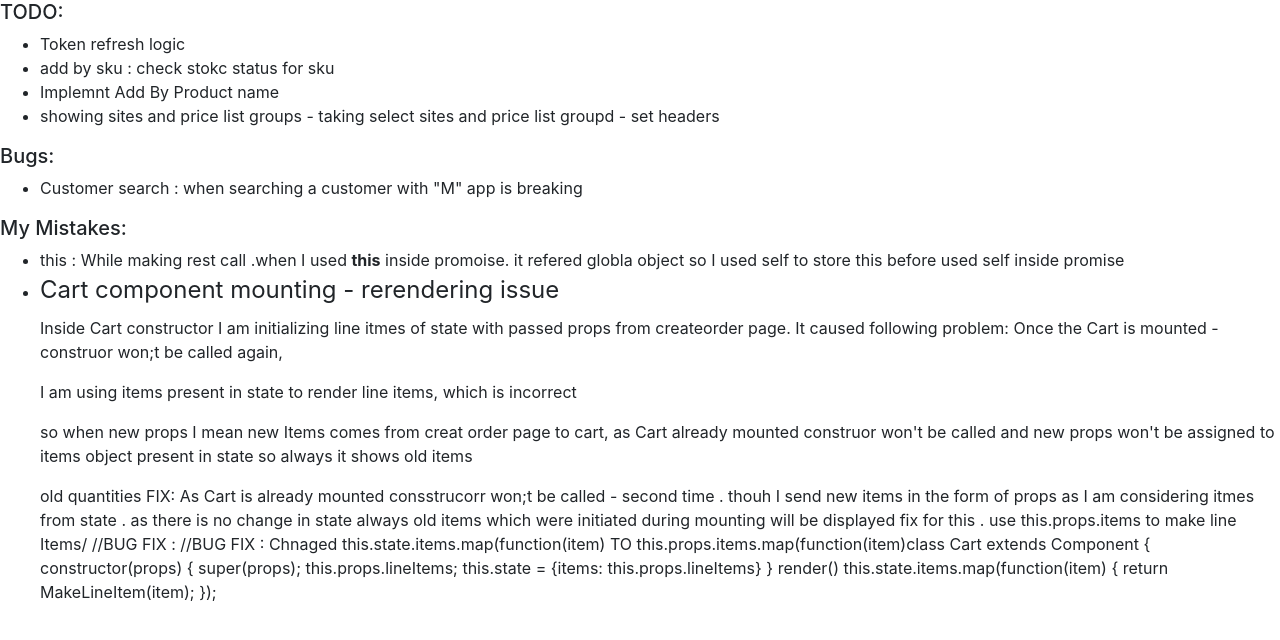
Repository: testtiger/reactagent
Page: /todo
These files come from the project's save history. The page is drawn as it stood at one moment and after a run of saves; the edit follows.
The browser window is 1280 px wide. The pictures show the whole page.
The project was rebuilt for these pictures with package versions that can differ from the ones it lists, and the page was loaded fresh each time. Also part of the build but not shown: src/components/Agent/Rest/agent-rest-client.js, src/components/Agent/Dashboard/quicklinks.jsx, src/components/Agent/Dashboard/announcements.jsx, src/components/Agent/Dashboard/recentorders.jsx, src/components/Agent/Dashboard/pendingactions.jsx, src/components/Agent/Dashboard/DashboardPage.jsx, src/components/Agent/Shared/Navigation.jsx, src/components/Agent/Login/loginpage.jsx and 12 more.

Above is the page before, as saved 2018-12-15 16:48:28.

After the next 2 saves:
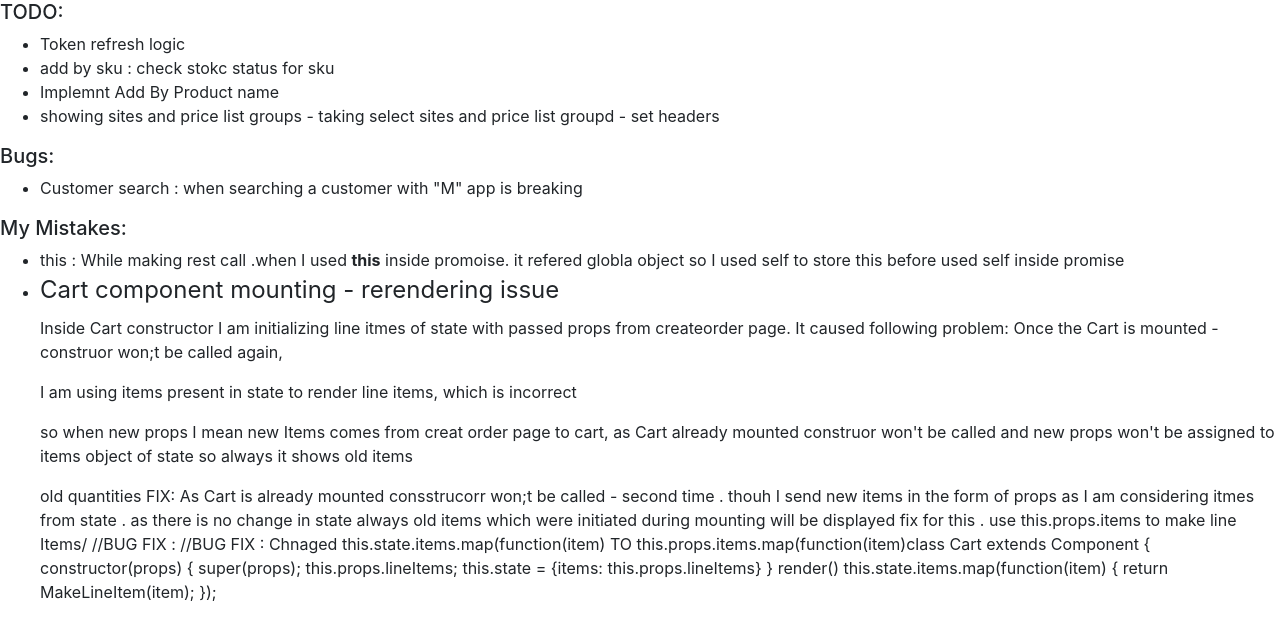
The 2 saves are shown as one change because they came seconds apart.
The last was saved 17 s later.
--- a/src/components/Agent/BugsTODO/TODO.jsx
+++ b/src/components/Agent/BugsTODO/TODO.jsx
@@ -41,7 +41,7 @@ export default class TODO extends Component {
               <p>
                 so when new props I mean new Items comes from creat order page
                 to cart, as Cart already mounted construor won't be called and
-                new props won't be assigned to items object present in state so
+                new props won't be assigned to items object of state so
                 always it shows old items
               </p>
               old quantities FIX: As Cart is already mounted consstrucorr won;t
